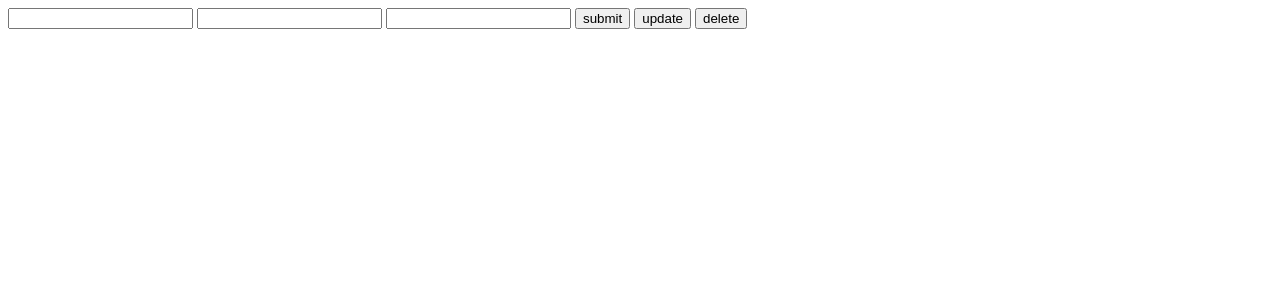
Repository: amankeshwani21/Assignments_java
Page: Day13_hiberbate_UI/WebContent/index.html
The author's editor kept a copy of each file at every save. The page is drawn from the files as they stood at one save, then again after the next save.
The browser window is 1280 px wide. The pictures show the whole page.

Above is the page before, as saved 2021-01-28 12:01:14.

After the next save:
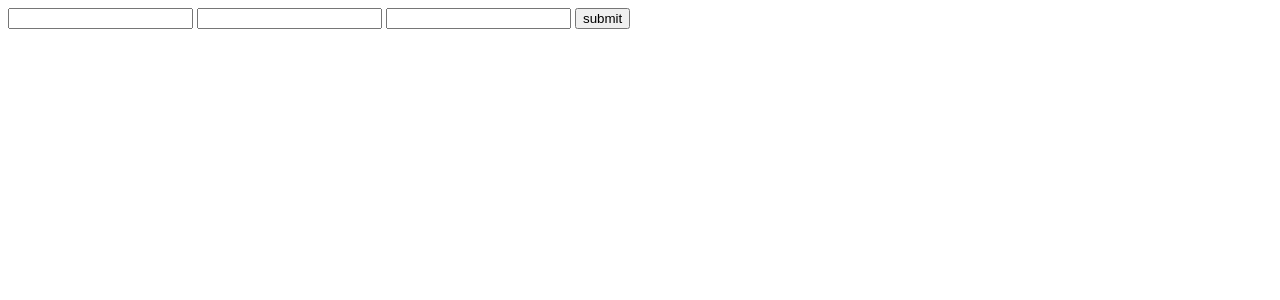
Saved 8 s later.
--- a/Day13_hiberbate_UI/WebContent/index.html
+++ b/Day13_hiberbate_UI/WebContent/index.html
@@ -3,7 +3,6 @@
 <input type="text" name="empname">
 <input type="text" name="empsal">
 <input type="submit" value="submit" name="submit">
-<input type="submit" value="update" name="update">
-<input type="submit" value="delete" name="delete">
+
 
 </form>
